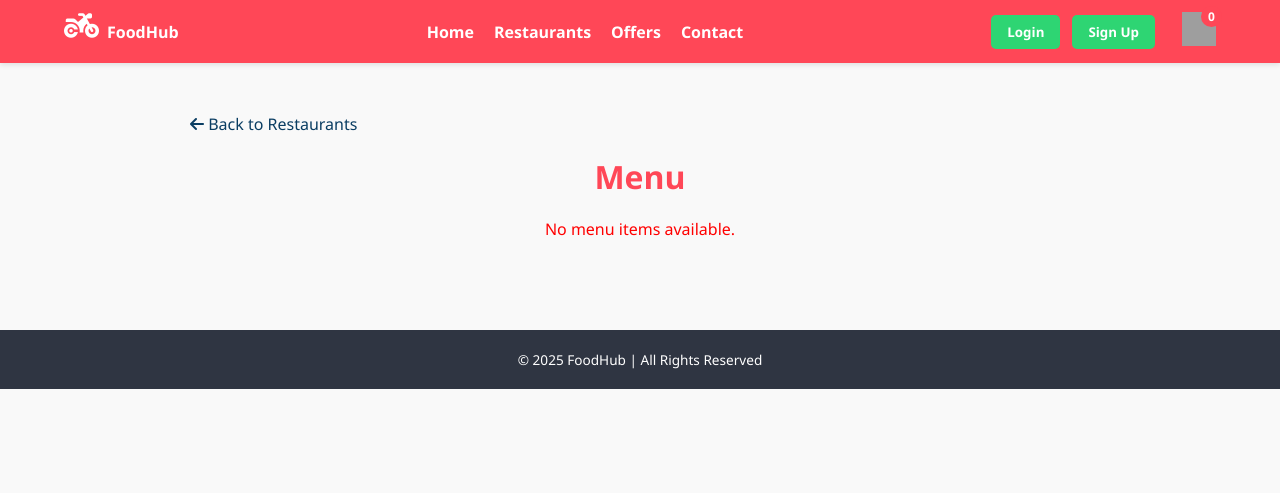
Repository: srinithiashoka/FoodDeliveryApp
Page: http://localhost/FoodDeliveryApp/menu.jsp
The author's editor kept a copy of each file at every save. The page is drawn from the files as they stood at one save, then again after the next save.
The browser window is 1280 px wide. The pictures show the whole page.
Pictures or frames that could not be fetched are drawn as grey boxes. The page is served by Tomcat 10. The template is opened directly, without the code that normally fills it, so the values that code supplies are empty.

Above is the page before, as saved 2025-12-03 10:20:14.

After the next save:
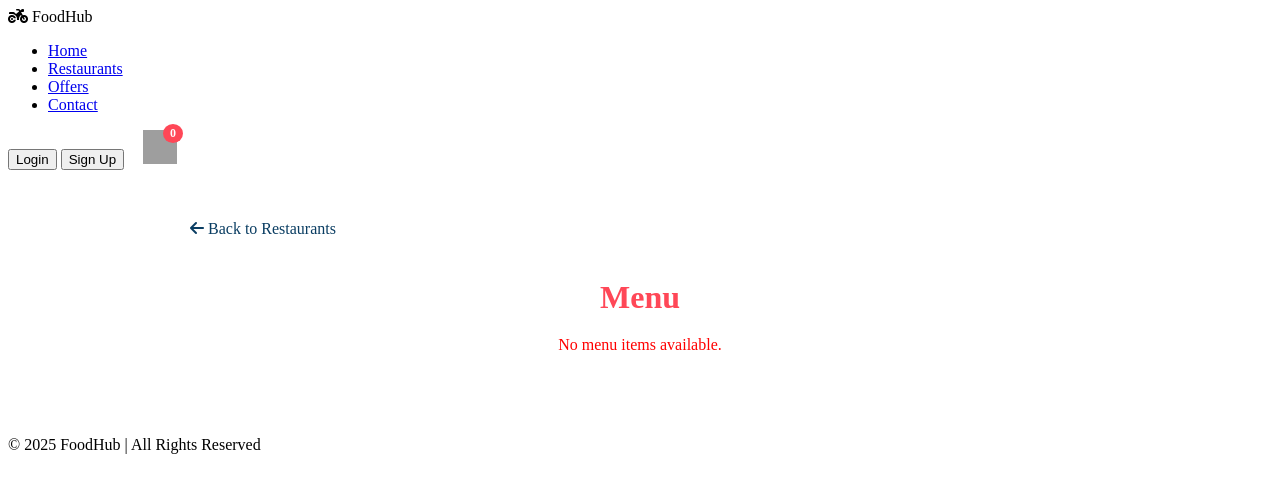
Saved 51 s later.
--- a/FoodDeliveryApp/src/main/webapp/menu.jsp
+++ b/FoodDeliveryApp/src/main/webapp/menu.jsp
@@ -20,7 +20,6 @@
     <link rel="stylesheet" href="https://cdnjs.cloudflare.com/ajax/libs/font-awesome/6.5.0/css/all.min.css">
 
     <!-- Main CSS -->
-    <link rel="stylesheet" href="css/home.css">
     <link rel="stylesheet" href="css/menu.css">
 </head>
 <body>

After the save that followed:
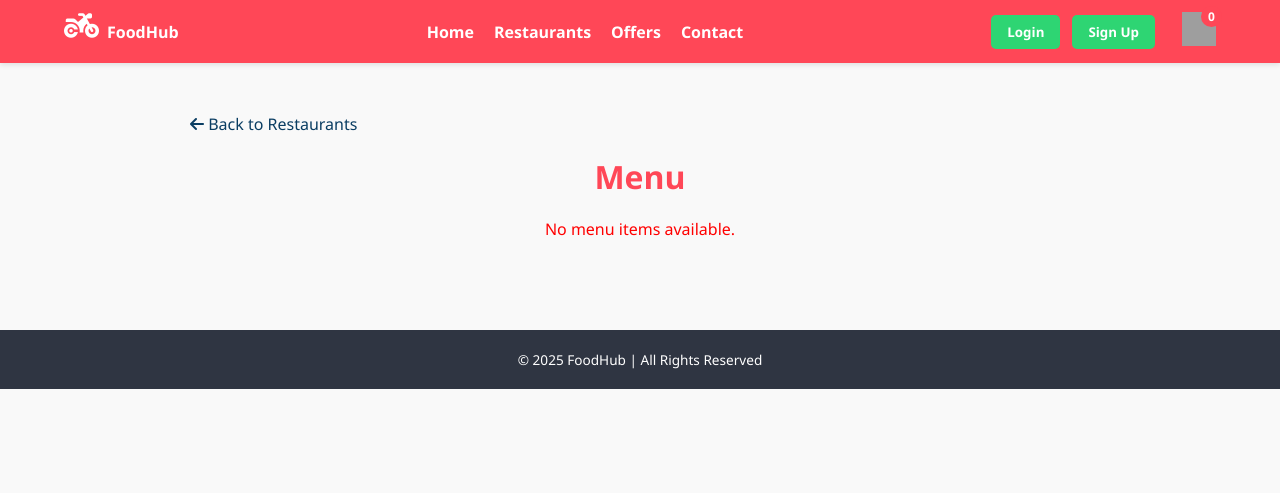
Saved 9 s later.
--- a/FoodDeliveryApp/src/main/webapp/menu.jsp
+++ b/FoodDeliveryApp/src/main/webapp/menu.jsp
@@ -20,6 +20,8 @@
     <link rel="stylesheet" href="https://cdnjs.cloudflare.com/ajax/libs/font-awesome/6.5.0/css/all.min.css">
 
     <!-- Main CSS -->
+        <link rel="stylesheet" href="css/home.css">
+
     <link rel="stylesheet" href="css/menu.css">
 </head>
 <body>
